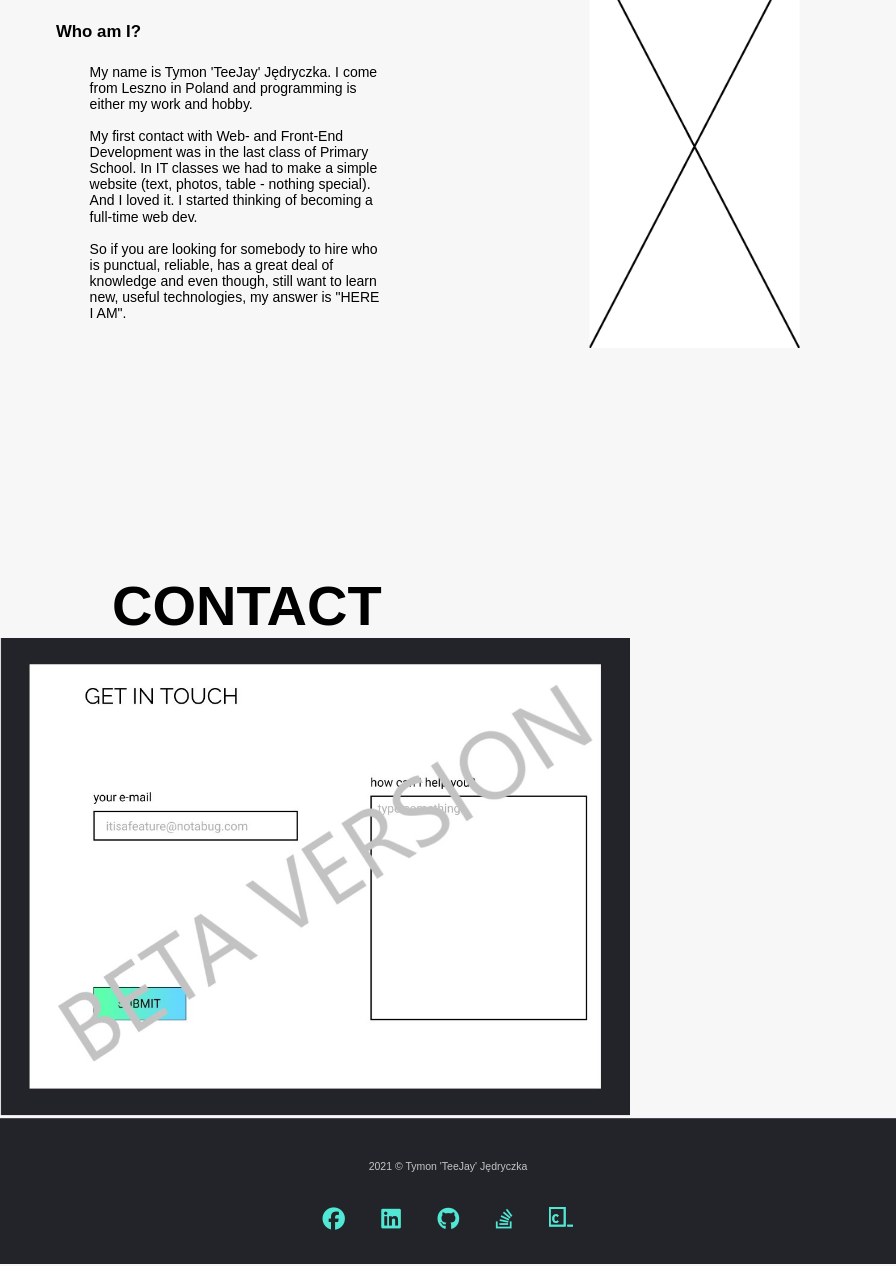
Repository: TeeJaysDev/Portfolio
Page: index.html
An editor plug-in stored every save of this project. The page is shown before and after a run of saves, followed by the edit.
The browser window is 1280 px wide. The pictures show the part of the page from y = 2328 to 4248 px (the page is 4137 px tall before and 4248 px after), at 70% of full size.
Some web libraries are served in a nearby version.

Above is the page before, as saved 2021-05-04 21:38:12.

After the next 3 saves:
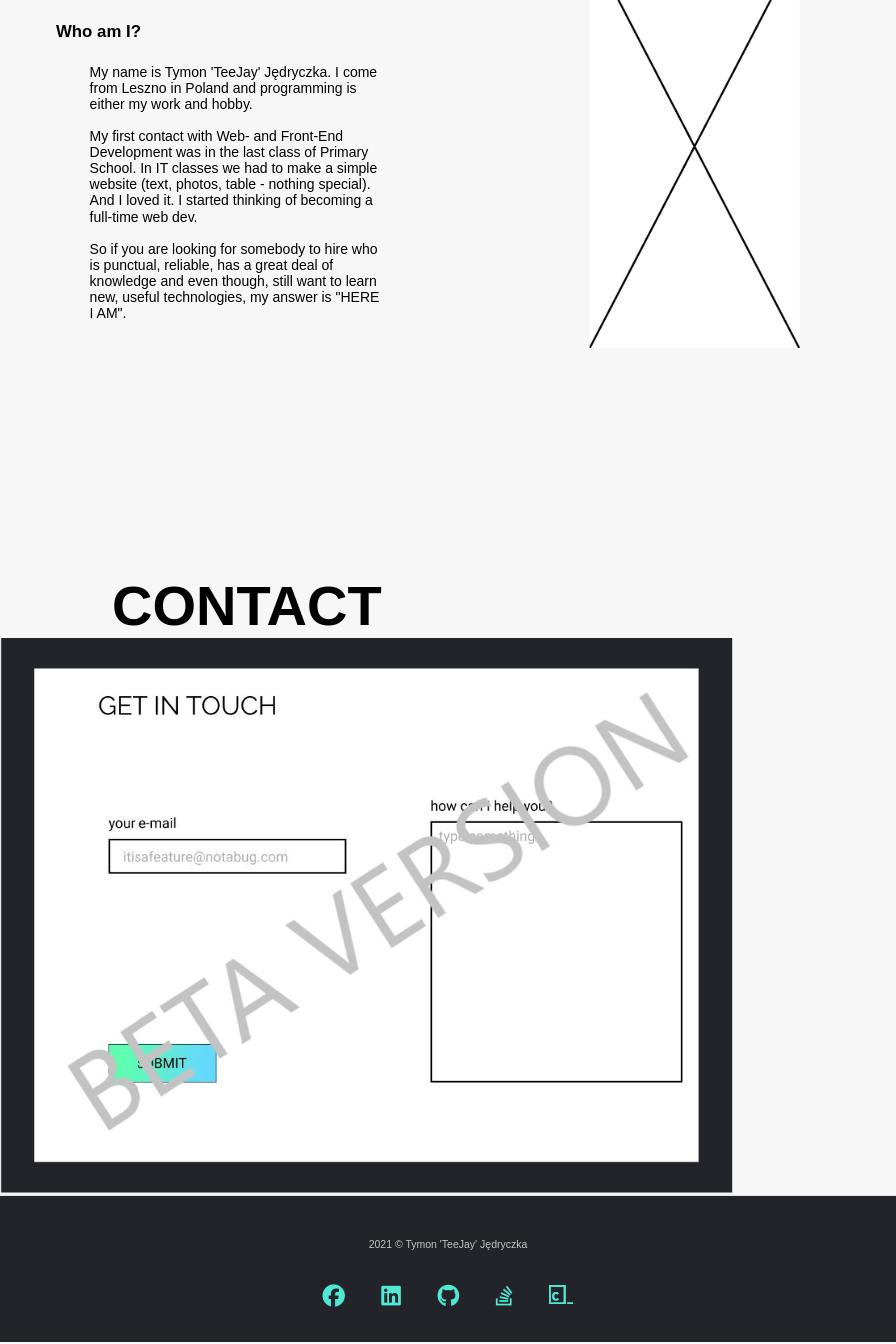
The 3 saves are shown as one change because they came seconds apart.
The last was saved 15 s later.
--- a/style.css
+++ b/style.css
@@ -154,6 +154,8 @@ main h1 {
     display: block;
 }
 
+#contact
+
 #contact img{
     width: 900px;
 }

After the save that followed:
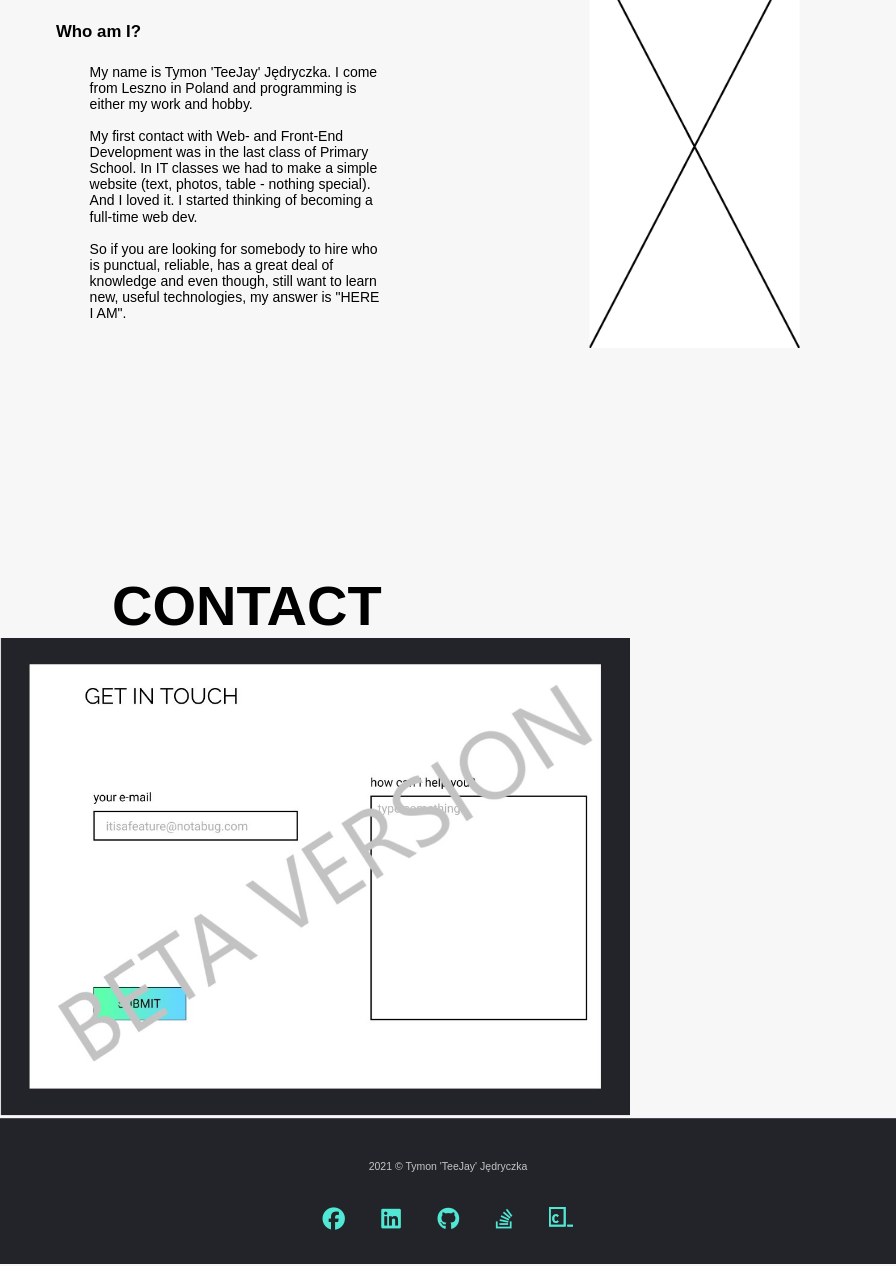
Saved 16 s later.
--- a/style.css
+++ b/style.css
@@ -154,7 +154,9 @@ main h1 {
     display: block;
 }
 
-#contact
+#contact h1 {
+
+}
 
 #contact img{
     width: 900px;
